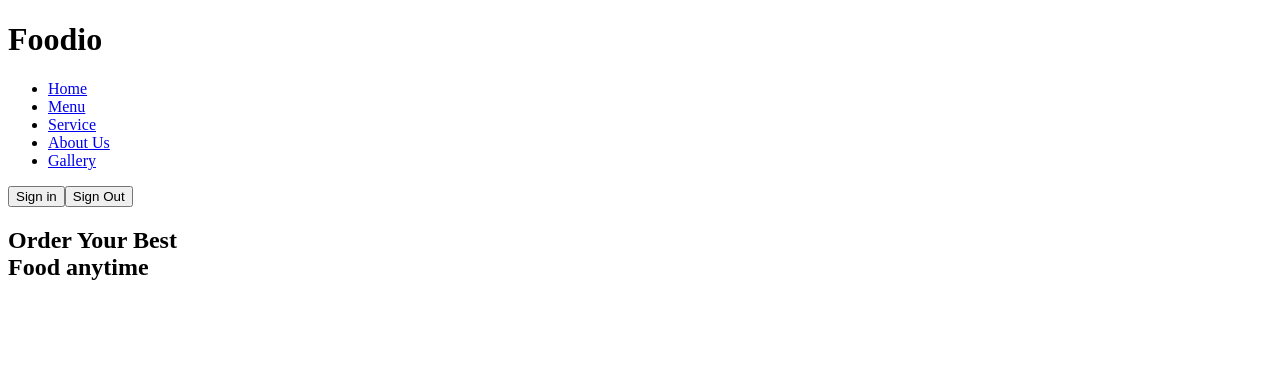
Repository: guilhermecardoso93/foodio
Page: /
An editor plug-in stored every save of this project. The page is shown before and after the next save, followed by the edit.
The browser window is 1280 px wide. The pictures show the whole page.
The project was rebuilt for these pictures with package versions that can differ from the ones it lists, and the page was loaded fresh each time. Also part of the build but not shown: vite.config.js, src/App.css, src/index.css.

Above is the page before, as saved 2024-11-04 19:52:10.

After the next save:
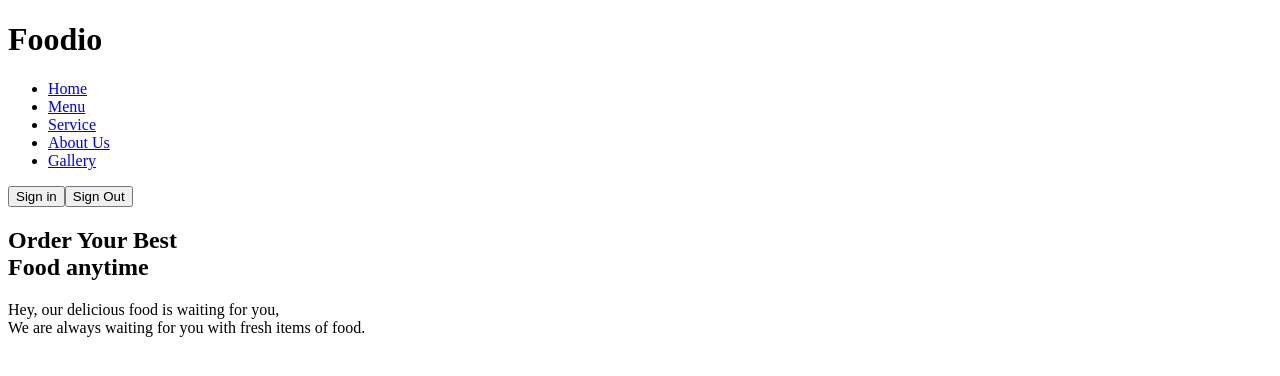
Saved 2 min 28 s later.
--- a/src/components/Main/index.jsx
+++ b/src/components/Main/index.jsx
@@ -1,13 +1,18 @@
 export function Main() {
   return (
+    <main>
       <div className="content">
         <div className="content-left">
           <div className="info">
             <h2>
-              Order Your Best<br/>Food anytime
+              Order Your Best
+              <br />
+              Food anytime
             </h2>
+            <p>Hey, our delicious food is waiting for you, <br/> We are always waiting for you with fresh items of food.</p>
           </div>
         </div>
       </div>
+    </main>
   );
 }
